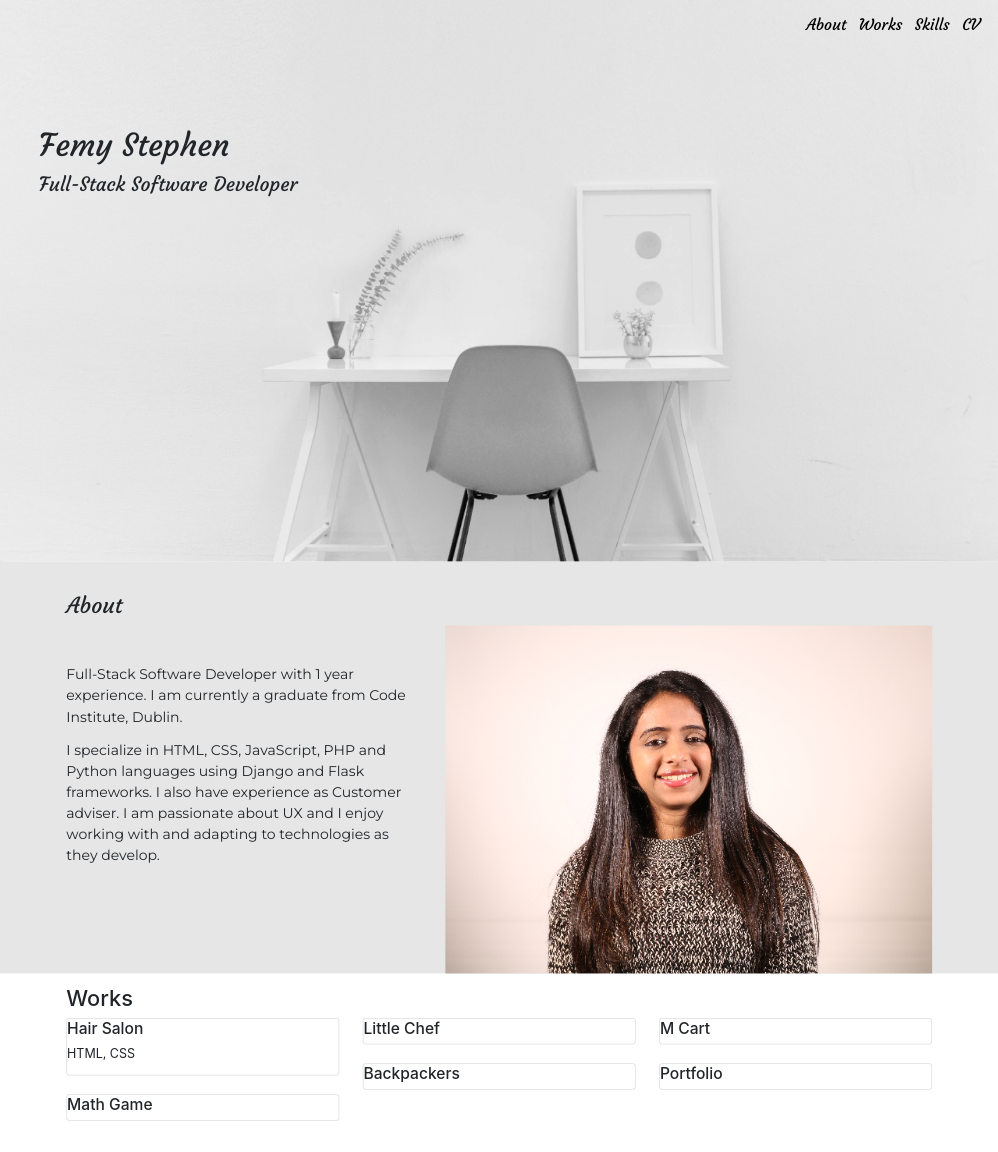
Repository: femy16/FemyStephen
Page: index.html
The author's editor kept a record of every edit. The page is drawn from the files as they stood at one moment, then again after the next edit.
The browser window is 1280 px wide. The pictures show the whole page, at 78% of full size.
Backgrounds fixed to the window are drawn as part of the page. Some web libraries are served in a nearby version.

Above is the page before.
Not found: hover.css

After the next edit:
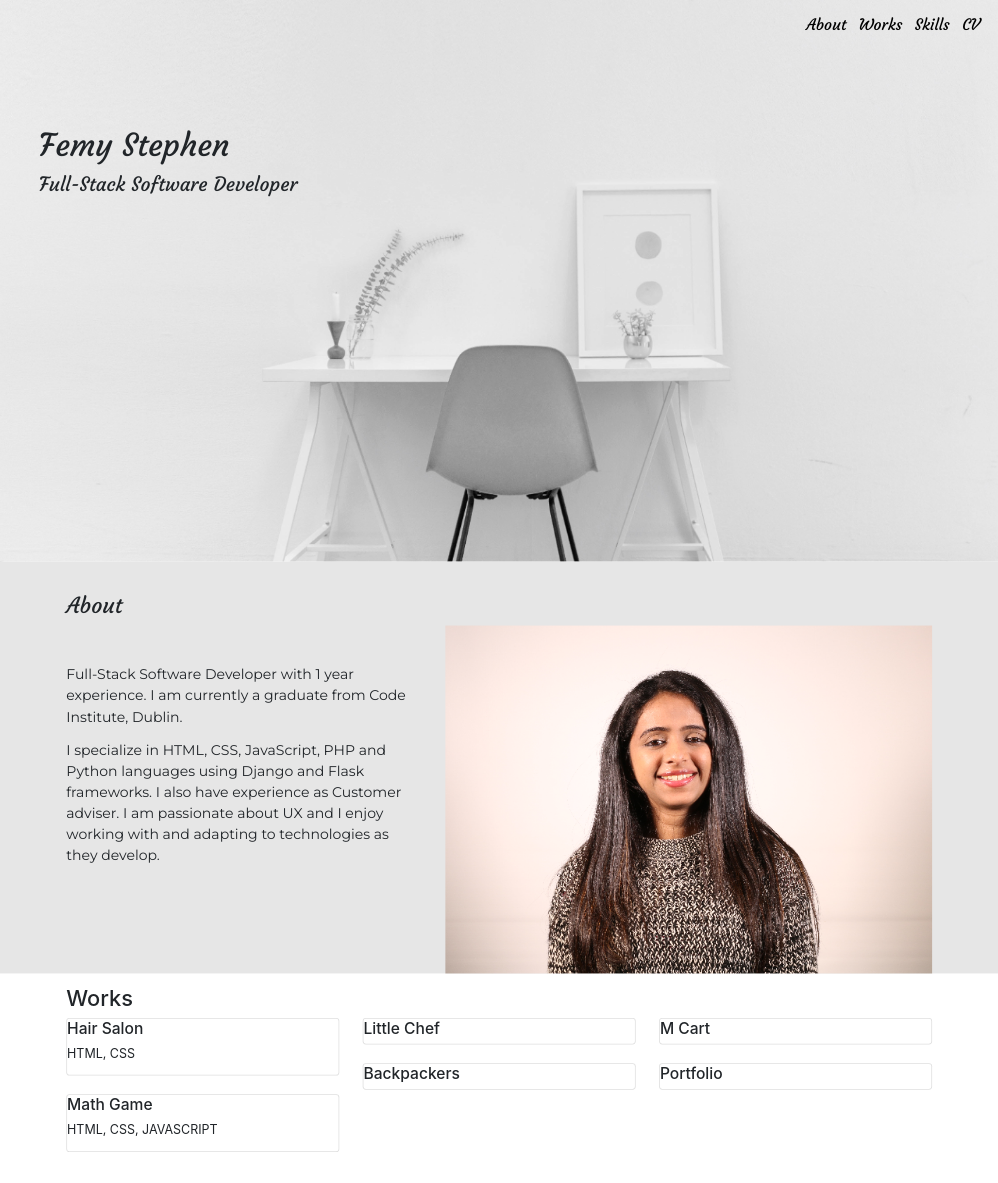
The edit:
--- a/index.html
+++ b/index.html
@@ -81,6 +81,7 @@
                                 </div><br />
                                 <div class="card">
                                     <h5>Math Game</h5>
+                                    <p>HTML, CSS, JAVASCRIPT</p>
                                 </div><br />
 
                         </div>
